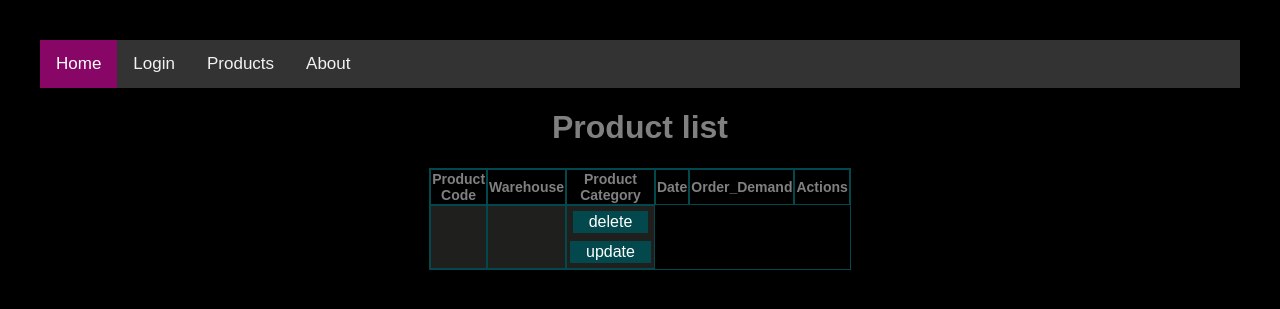
Repository: chaimakr/lab3-microservices-architecture
Page: http://localhost/
An editor plug-in stored every save of this project. The page is shown before and after the next save, followed by the edit.
The browser window is 1280 px wide. The pictures show the whole page.
The page is served by the project's application, run on Flask 3 (UI/app.py).

Above is the page before, as saved 2022-05-29 15:17:40.

### UI/templates/index.html
{% extends 'base.html' %}

{% block head %}
{% endblock %}

{% block body %}
<div class="content">
    <h1>Product list</h1>
    <table>
        <tr>
            <th>Product Code</th>
            <th>Warehouse</th>
            <th>Product Category</th>
            <th>Date</th>
            <th>Order_Demand</th>
            <th>Actions</th>
        </tr>
        <tr>
            <td></td>
            <td></td>
            <td>
                <a href="" class="button">delete</a>
                <br>
                <a href="" class="button">update</a>
            </td>
        </tr>
    </table>
</div>
{% endblock %}

### UI/templates/base.html
<!DOCTYPE html>
<html lang="en">
<head>
    <meta charset="UTF-8">
    <meta http-equiv="X-UA-Compatible" content="IE=edge">
    <meta name="viewport" content="width=device-width, initial-scale=1.0">
    <link rel="stylesheet" href="{{ url_for('static', filename='css/main.css') }}">
    {% block head %} {% endblock%}
</head>
<body>
    {% include 'shared/navbar.html' %}
    {% block body %} {% endblock%}
</body>
</html>

### UI/templates/shared/navbar.html
<div class="topnav">
    <a class="active" href="#home">Home</a>
    <a href="#news">Login</a>
    <a href="#contact">Products</a>
    <a href="#about">About</a>
  </div>

### UI/app.py
from email.policy import default
from flask import Flask, render_template , url_for
from flask_sqlalchemy import SQLAlchemy
import sqlalchemy
from datetime import datetime
app = Flask(__name__)
app.config['SQLALCHEMY_DATABASE_URI']= 'sqlite:///test.db'
db = SQLAlchemy(app)

class product(db.Model):
    Product_Code= db.Column(db.String(15), primary_key= True)
    Warehouse= db.Column(db.String(20), nullable=False)
    Product_Category= db.Column(db.String(20), nullable=False)
    Date= db.Column(db.DateTime, default= datetime.utcnow)
    Order_Demand= db.Column(db.String(200), nullable=False)

    def __repr__(self) -> str:
        return '<product %p>' % self.id

@app.route("/")
def index():
    return render_template('index.html')

if __name__ == "__main__":
    app.run(debug=True)

### UI/static/css/main.css
body, html {
    margin: 20px;
    font-family: sans-serif;
    background-color: black;
    color:gray;
    lighting-color:blue;
    outline-color:white;
    text-align:center;
}
center{
    margin-left: auto;
    margin-right: auto;

}
table, th, td{
    border: 1px solid #02484d;
    border-spacing: 0;
    width: 33%;
    font-size:14px;
    margin-left: auto;
    margin-right: auto;
    border: .5px;
    border-style: solid;
    border-color: #02484d;
}

tr:nth-child(even) {
  background-color: #1f1f1e;
}

input[type=text], select {
  width: 50;
  padding: 12px 20px;
  margin: 8px 0;
  display: inline-block;
  border: 1px solid #013438;
  border-radius: 6px;
  border-color: #013438;
  box-sizing: border-box;
  background-color:#1f1f1e;
  color:white;
  margin-right: 40px;

}

input[type=submit] {
  width: 50;
  background-color: #02484d;
  color: white;
  padding: 10px 20px;
  margin: 8px 0;
  border: none;
  border-radius: 4px;
  cursor: pointer;
}

input[type=submit]:hover {
  background-color: #03282b;
  color:gray;

}

.button {
  background-color: #02484d;
  border: none;
  color: white;
  padding: 2px 16px;
  text-align: center;
  text-decoration: none;
  display: inline-block;
  font-size: 16px;
  margin: 4px 2px;
  cursor: pointer;
}

.button:hover {
  background-color: #03282b;
  border: 4px;
  color: white;
  border-color: white;
  padding: 2px 16px;
  text-align: center;
  text-decoration: none;
  display: inline-block;
  font-size: 16px;
  margin: 4px 2px;
  cursor: pointer;
  color:gray;
}
body, html {
    margin: 20px;
    font-family: sans-serif;
    background-color: black;
    color:gray;
    lighting-color:blue;
    outline-color:white;
    text-align:center;
}
center{
    margin-left: auto;
    margin-right: auto;

}
table, th, td{
    border: 1px solid #02484d;
    border-spacing: 0;
    width: 33%;
    font-size:14px;
    margin-left: auto;
    margin-right: auto;
    border: .5px;
    border-style: solid;
    border-color: #02484d;
}

tr:nth-child(even) {
  background-color: #1f1f1e;
}

input[type=text], select {
  width: 50;
  padding: 12px 20px;
  margin: 8px 0;
  display: inline-block;
  border: 1px solid #013438;
  border-radius: 6px;
  border-color: #013438;
  box-sizing: border-box;
  background-color:#1f1f1e;
  color:white;
  margin-right: 40px;

}

input[type=submit] {
  width: 50;
  background-color: #02484d;
  color: white;
  padding: 10px 20px;
  margin: 8px 0;
  border: none;
  border-radius: 4px;
  cursor: pointer;
}

input[type=submit]:hover {
  background-color: #03282b;
  color:gray;

}

.button {
  background-color: #02484d;
  border: none;
  color: white;
  padding: 2px 16px;
  text-align: center;
  text-decoration: none;
  display: inline-block;
  font-size: 16px;
  margin: 4px 2px;
  cursor: pointer;
}

.button:hover {
  background-color: #03282b;
  border: 4px;
  color: white;
  border-color: white;
  padding: 2px 16px;
  text-align: center;
  text-decoration: none;
  display: inline-block;
  font-size: 16px;
  margin: 4px 2px;
  cursor: pointer;
  color:gray;
}
.topnav {
    background-color: #333;
    overflow: hidden;
  }

  /* Style the links inside the navigation bar */
  .topnav a {
    float: left;
    color: #f2f2f2;
    text-align: center;
    padding: 14px 16px;
    text-decoration: none;
    font-size: 17px;
  }

  /* Change the color of links on hover */
  .topnav a:hover {
    background-color: #ddd;
    color: black;
  }

  /* Add a color to the active/current link */
  .topnav a.active {
    background-color: #880666;
    color: white;
  }

After the next save:
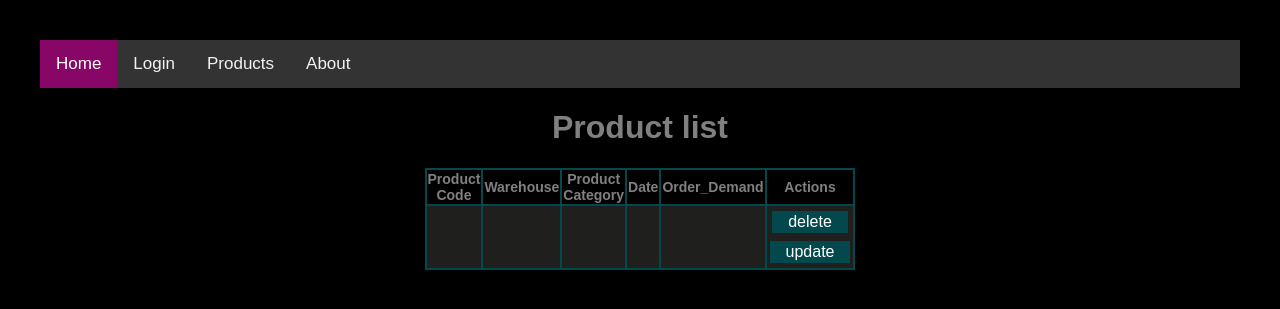
Saved 1 s later.
--- a/UI/templates/index.html
+++ b/UI/templates/index.html
@@ -18,6 +18,9 @@
         <tr>
             <td></td>
             <td></td>
+            <td></td>
+            <td></td>
+            <td></td>
             <td>
                 <a href="" class="button">delete</a>
                 <br>
